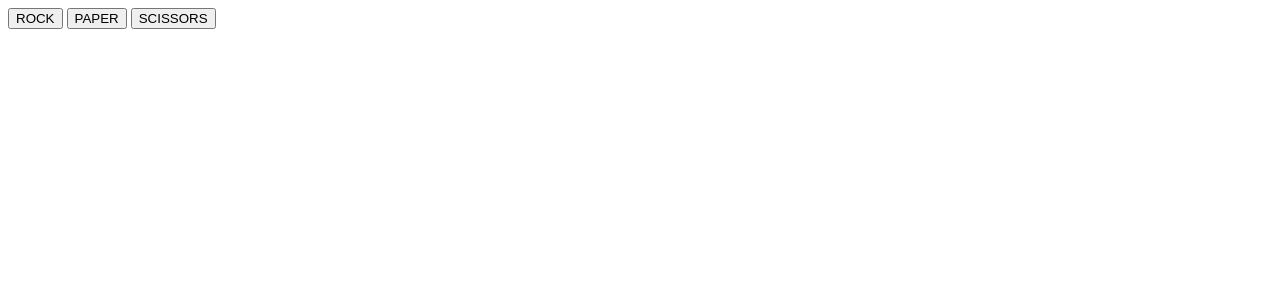
Repository: z1youRA/rock_paper_scissors
Page: index.html
The author's editor kept a copy of each file at every save. The page is drawn from the files as they stood at one save, then again after the next save.
The browser window is 1280 px wide. The pictures show the whole page.

Above is the page before, as saved 2021-12-14 14:02:55.

### index.html
<!DOCTYPE html>
<html lang="en">
<head>
    <meta charset="UTF-8">
    <meta http-equiv="X-UA-Compatible" content="IE=edge">
    <meta name="viewport" content="width=device-width, initial-scale=1.0">
    <title>ROCK PAPER SCISSORS</title>

</head>
<body>
    <div class="container">
        <button>ROCK</button>
        <button>PAPER</button>
        <button>SCISSORS</button>
    </div>
</body>
<script src="rockpaperscissors.js">
</script>
</html>

### rockpaperscissors.js
const arr = ["rock", "paper", "scissors"];

function computerPlay(){
    const randomNumber = Math.floor(Math.random() * 3);
    return arr[randomNumber];
}

function playround(playerSelection, computerSelection){
    playerSelection = playerSelection.toLowerCase();
    let result = 0;
    const div = document.createElement('div');
    const container = document.querySelector('.container');
    if(playerSelection == computerSelection) {
        div.textContent = "That's a draw! You both selected " + playerSelection;
        result = 0;
    }
    else if((playerSelection == "rock" && computerSelection == "paper") || (playerSelection == "paper" && computerSelection == "scissors") || (playerSelection == "scissors" && computerSelection == "rock")) {
        div.textContent = "You lose! " + playerSelection + " loses to " + computerSelection;
        result = -1;
    }
    else if((computerSelection == "rock" && playerSelection == "paper") || (computerSelection == "paper" && playerSelection == "scissors") || (computerSelection == "scissors" && playerSelection == "rock")) {
        div.textContent ="You win!" + playerSelection + " beats " + computerSelection;
        result = 1;
    }
    else console.error("Invalid Input!");
    container.appendChild(div);
    return result;
}

//Get input from user for 5 times and make the computer pick a random choice and then compete.
function game() {
    let winTimes = 0;
    let result = 0;
    for(let i = 0; i < 5; i++){
        playerSelection = prompt("Make your choice from rock, paper and scissors:");
        result = playround(playerSelection, computerPlay())
        if(result == 1) {
            winTimes++;
        }
        else if(result == -1) {
            winTimes--;
        }
    }
    if(winTimes > 0) {
        console.log("Yes, you win!");
    }
    else if(winTimes < 0) {
        console.log("Sorry, you lose!");
    }
    else {
        console.log("That's a draw, try again.");
    }
}

// game();

const buttons = Array.from(document.querySelectorAll('button'));
buttons.forEach(button => {
    button.addEventListener('click', () => playround(button.textContent, computerPlay()));
});

After the next save:
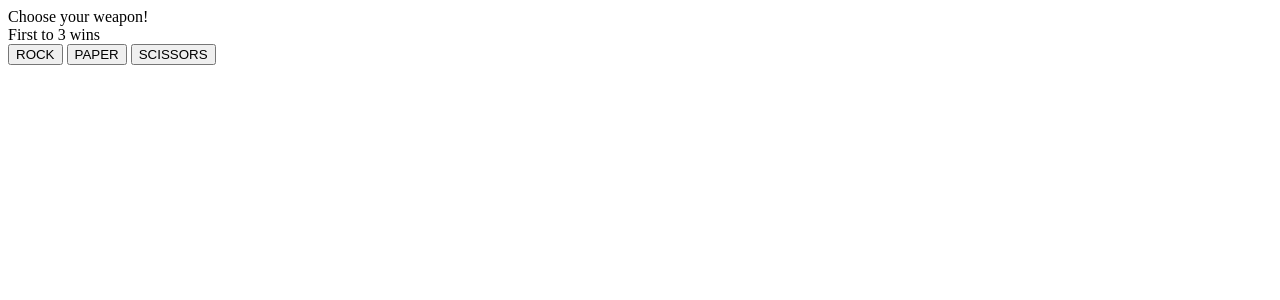
Saved 9 min 34 s later.
--- a/index.html
+++ b/index.html
@@ -8,6 +8,8 @@
 
 </head>
 <body>
+    <div class='result'>Choose your weapon!</div>
+    <div class='intro'>First to 3 wins</div>
     <div class="container">
         <button>ROCK</button>
         <button>PAPER</button>
